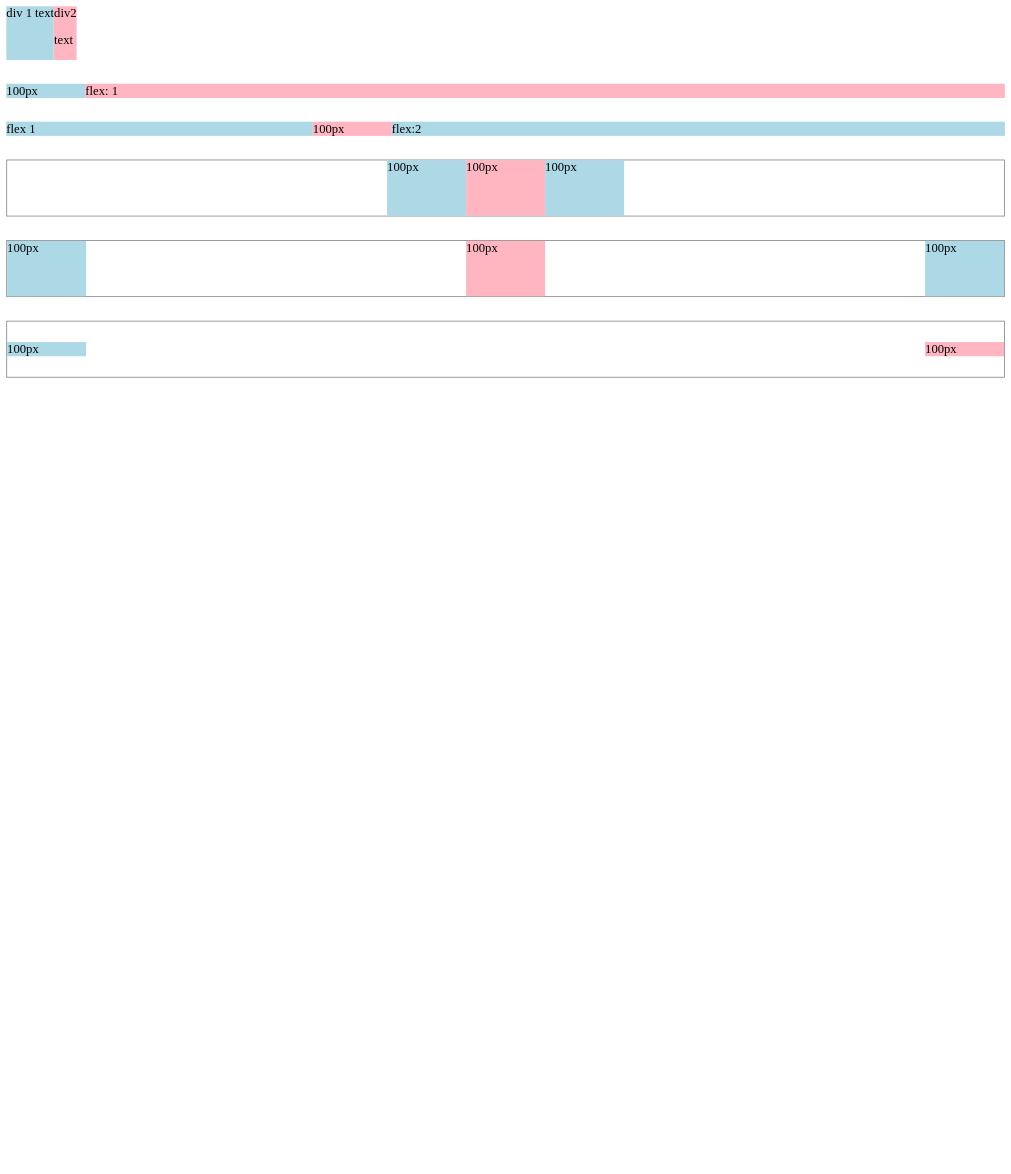
Repository: knowledgeAlan/html-css-twelve
Page: flexbox.html
The author's editor kept a copy of each file at every save. The page is drawn from the files as they stood at one save, then again after the next save.
The browser window is 1280 px wide. The pictures show the whole page, at 79% of full size.

Above is the page before, as saved 2024-03-11 18:42:33.

After the next save:
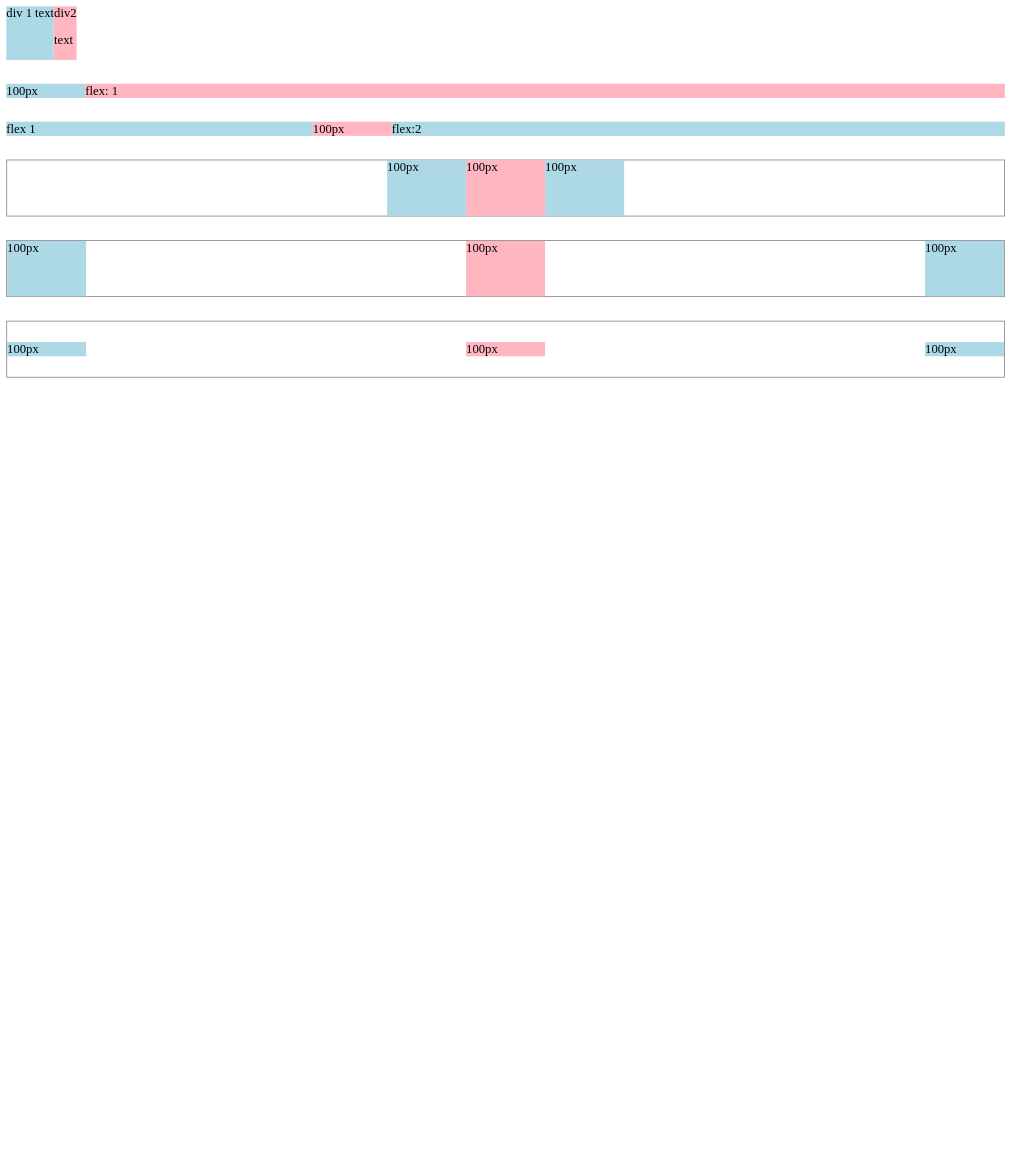
Saved 21 s later.
--- a/flexbox.html
+++ b/flexbox.html
@@ -146,6 +146,10 @@
                 100px
         </div>
 
+        <div style="background-color:  lightblue; width: 100px;">
+            100px
+        </div>
+
         </div>
 
 
